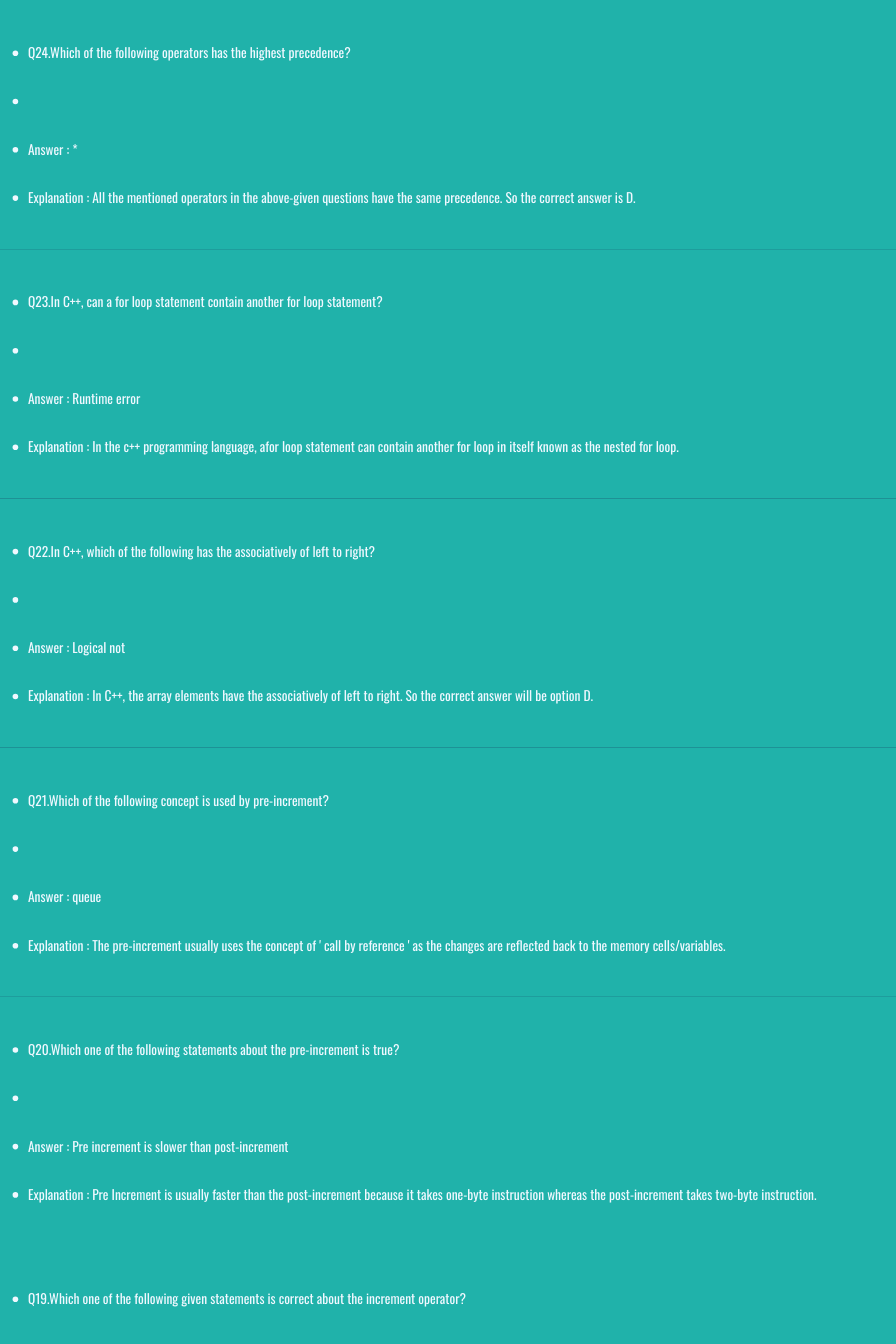
Repository: abdelrahmanahmed20021/Quiz-Platform
Page: info.html
The author's editor kept a copy of each file at every save. The page is drawn from the files as they stood at one save, then again after a run of saves.
The browser window is 1280 px wide. The pictures show the part of the page from y = 0 to 1920 px (the page is 11674 px tall before and 720 px after), at 70% of full size.

Above is the page before, as saved 2023-01-11 18:17:16.

After the next 2 saves:
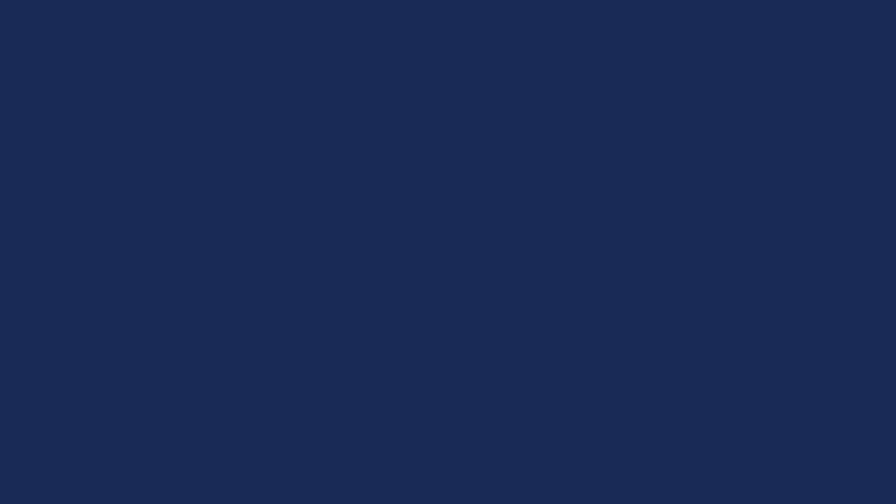
Console error: ReferenceError: answer is not defined
The 2 saves are shown as one change because they came seconds apart.
The last was saved 7 s later.
--- a/info.html
+++ b/info.html
@@ -42,7 +42,7 @@
             <ul class="info-answers">
                 <li>${e.quest}</li>
                 <li><img src="${e?.img}"alt=""></li>
-                <li>Answer : ${e["c"]}</li>
+                <li>Answer : ${e[answer]}</li>
                 <li>Explanation : ${e.explanation}</li>
             </ul>
 

After the 2 saves that followed:
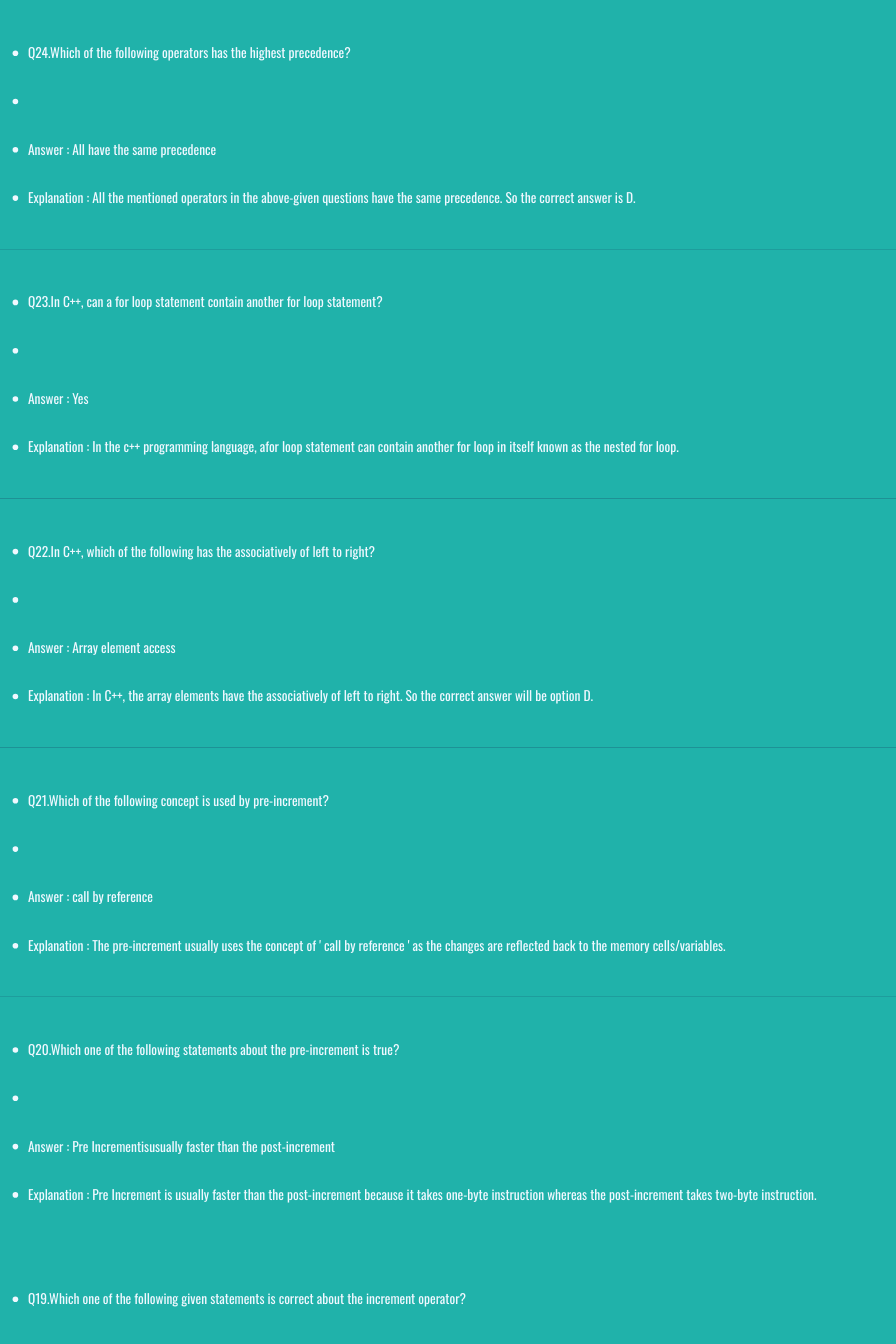
The error is gone.
The 2 saves are shown as one change because they came seconds apart.
The last was saved 32 s later.
--- a/info.html
+++ b/info.html
@@ -38,11 +38,12 @@
           const body = document.querySelector("body");
 
           data.forEach((e) =>{
+            const result_ans = e.answer;
             body.insertAdjacentHTML("afterend",`
             <ul class="info-answers">
                 <li>${e.quest}</li>
                 <li><img src="${e?.img}"alt=""></li>
-                <li>Answer : ${e[answer]}</li>
+                <li>Answer : ${e[result_ans]}</li>
                 <li>Explanation : ${e.explanation}</li>
             </ul>
 
